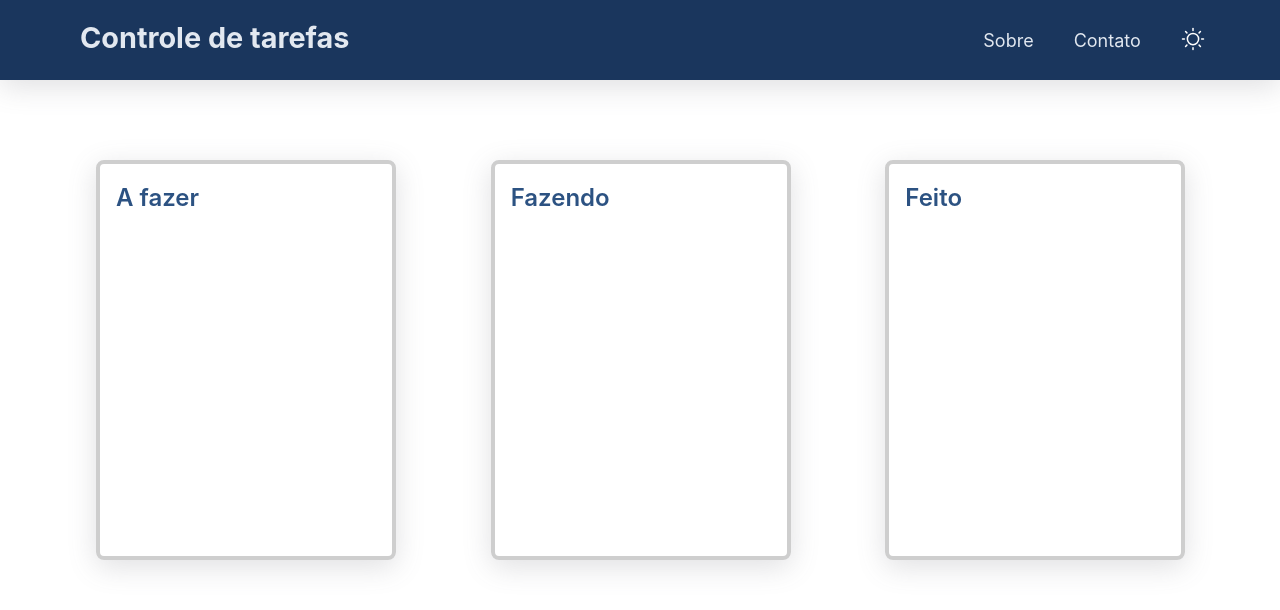
Repository: leosulzbach/Hackaton-Relampago
Page: /home (app in Front/)
The author's editor kept a copy of each file at every save. The page is drawn from the files as they stood at one save, then again after the next save.
The browser window is 1280 px wide. The pictures show the whole page.
The project was rebuilt for these pictures with package versions that can differ from the ones it lists, and the page was loaded fresh each time. Also part of the build but not shown: Front/vite.config.ts.

Above is the page before, as saved 2022-11-07 15:33:57.

After the next save:
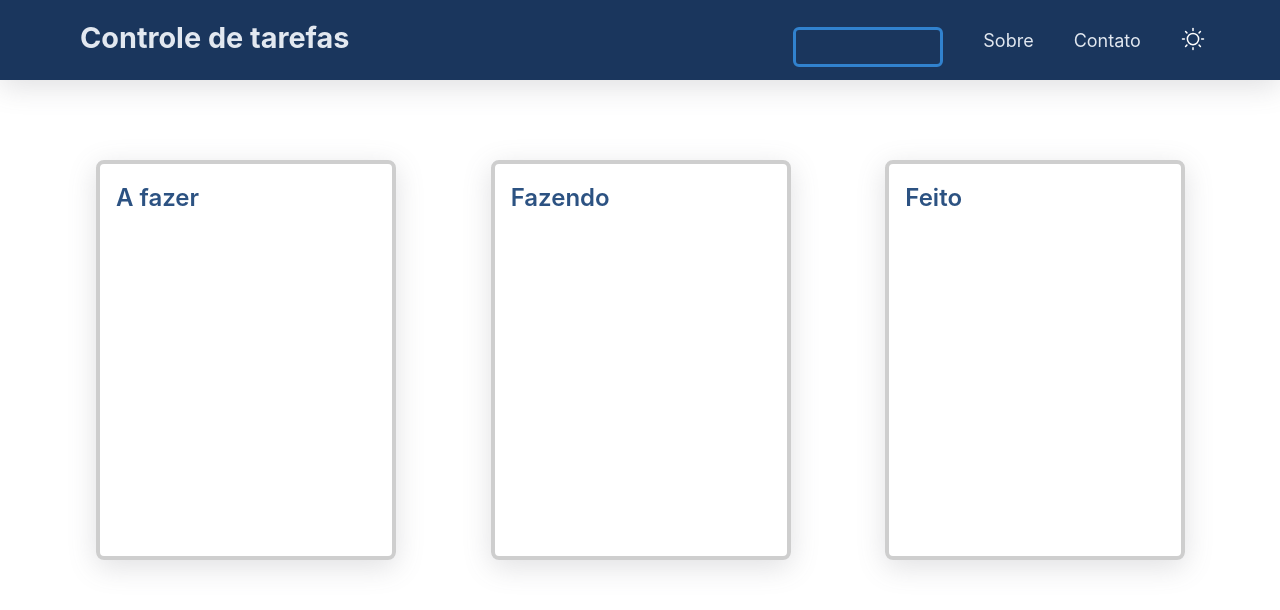
Saved 11 s later.
--- a/Front/src/Components/Header.tsx
+++ b/Front/src/Components/Header.tsx
@@ -38,7 +38,7 @@ export const Header = () => {
                 gap={10}
             >
                 <Input
-                    border={"3px solid #"}
+                    border={"3px solid #3182CE"}
                     type={"text"}
                     w={"150px"}
                     h={"40px"}
